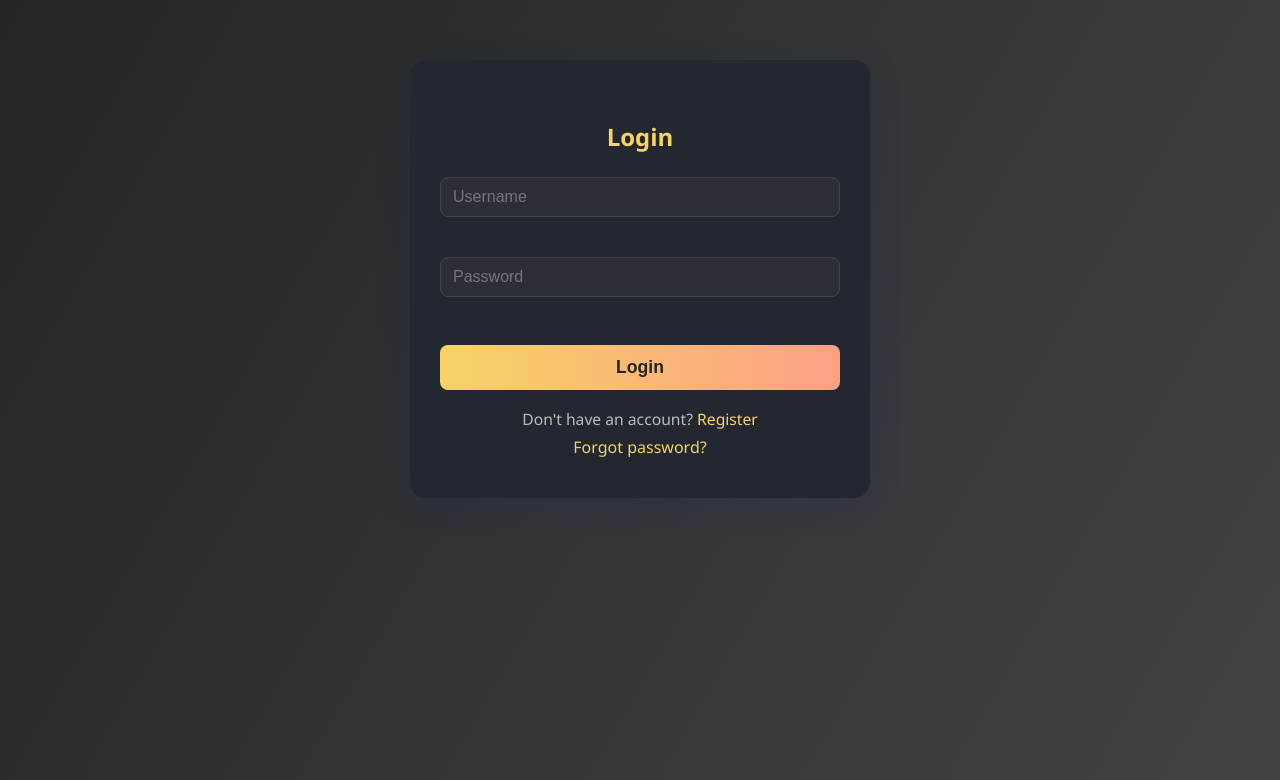
Repository: lowluds/auth-flask
Page: http://localhost/login
The author's editor kept a copy of each file at every save. The page is drawn from the files as they stood at one save, then again after the next save.
The browser window is 1280 px wide. The pictures show the whole page.
The page is served by the project's application, run on Flask 3 (login.py).

Above is the page before, as saved 2025-07-10 19:42:00.

After the next save:
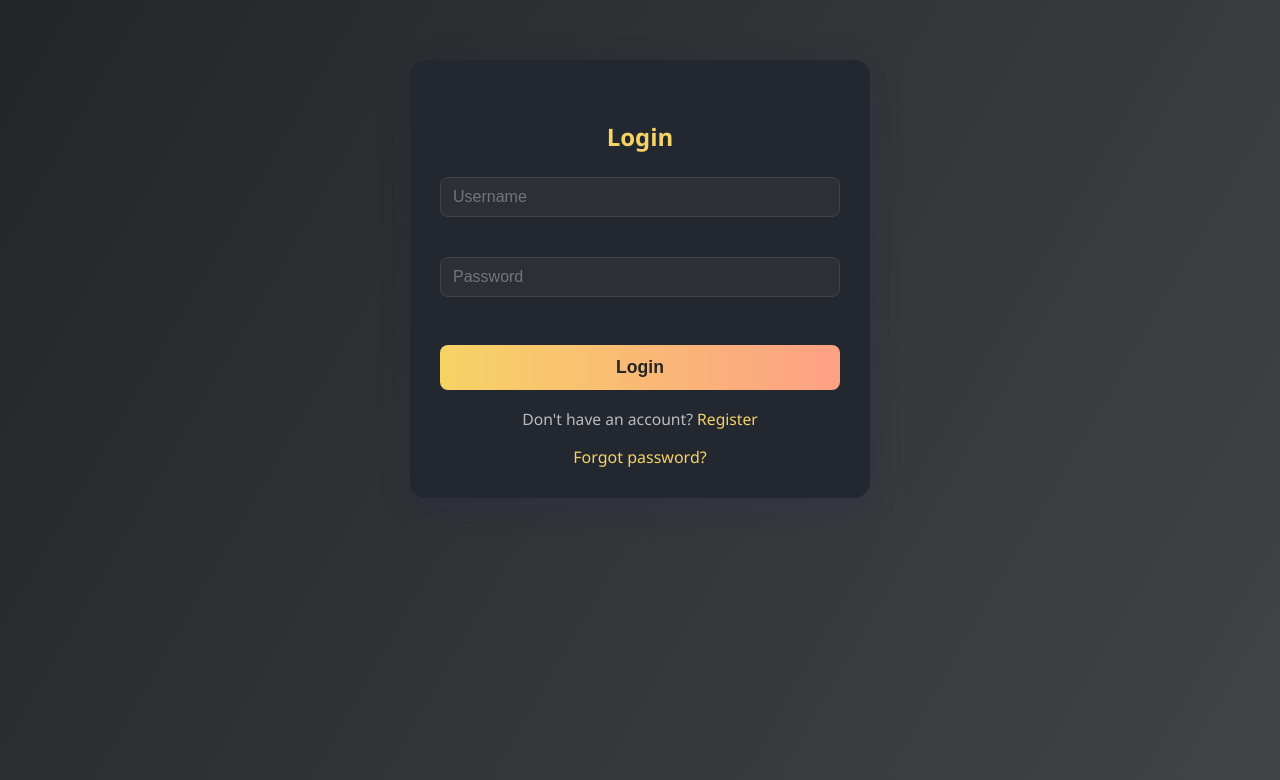
Saved 45 s later.
--- a/templates/login.html
+++ b/templates/login.html
@@ -29,9 +29,7 @@
         </form>
         <p>Don't have an account? <a href="/register">Register</a></p>
 
-            <div style="text-align: right; margin-top: -10px; margin-bottom: 10px;">
             <a href="{{ url_for('forgot_password') }}">Forgot password?</a>
-            </div>
 
     </div>
 </body>
